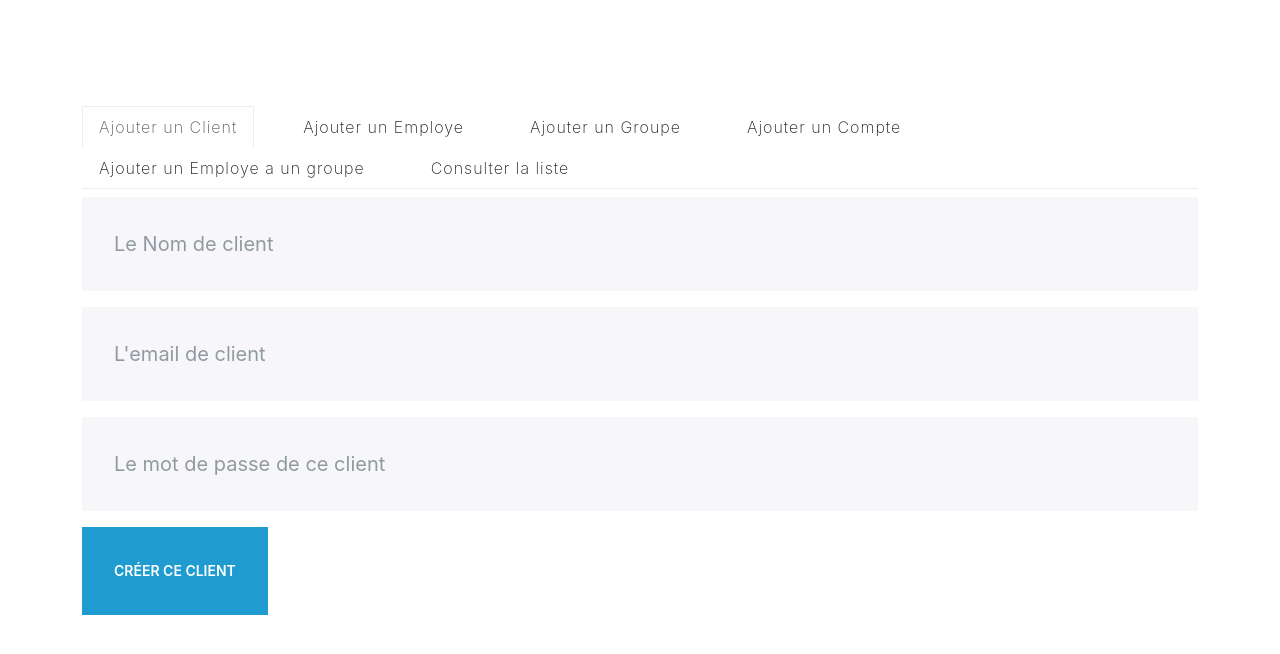
Repository: gal1aoui/BankManagement-AdminActions-JEE
Page: http://localhost/ProjectWeb/Create.jsp
The author's editor kept a copy of each file at every save. The page is drawn from the files as they stood at one save, then again after the next save.
The browser window is 1280 px wide. The pictures show the whole page.
Some web fonts or font styles are not loaded; a fallback is used. The page is served by Tomcat 9. Nobody is signed in. The application's start-up code is not run. Other server files are loaded and not shown. The template is opened directly, without the code that normally fills it, so the values that code supplies are empty.

Above is the page before, as saved 2021-12-28 14:53:00.

### ProjectWeb/WebContent/Create.jsp
<%@ page language="java" contentType="text/html; charset=ISO-8859-1"
    pageEncoding="ISO-8859-1"%>
    <%@taglib uri="http://java.sun.com/jsp/jstl/core"  prefix="t" %>
<!DOCTYPE html PUBLIC "-//W3C//DTD HTML 4.01 Transitional//EN" "http://www.w3.org/TR/html4/loose.dtd">
<html>
<head>
<meta http-equiv="Content-Type" content="text/html; charset=ISO-8859-1">
<title>Insert title here</title>
<link rel="stylesheet" href="https://bootswatch.com/5/lux/bootstrap.min.css">
</head>
<style>
body,html{
	height:100%;
}
</style>
<script>
function ses(){
op = document.getElementById('option').value;
if(op == "Courant"){
	document.getElementById('td').style.display = "block";
	document.getElementById('ti').style.display = "none";
}else{
	document.getElementById('td').style.display = "none";
	document.getElementById('ti').style.display = "block";
}
}
</script>
<body>
	<div class="container h-100">
    <div class="row justify-content-center align-items-center h-100">
        <div class="col">
            <ul class="nav nav-tabs">
  				<li class="nav-item">
    				<a class="nav-link active" data-bs-toggle="tab" href="#client">Ajouter un Client</a>
  				</li>
  				<li class="nav-item">
    				<a class="nav-link" data-bs-toggle="tab" href="#employe">Ajouter un Employe</a>
  				</li>
  				<li class="nav-item">
    				<a class="nav-link" data-bs-toggle="tab" href="#groupe">Ajouter un Groupe</a>
  				</li>
  				<li class="nav-item">
    				<a class="nav-link" data-bs-toggle="tab" href="#compte">Ajouter un Compte</a>
  				</li>
  				<li class="nav-item">
    				<a class="nav-link" data-bs-toggle="tab" href="#empGrp">Ajouter un Employe a un groupe</a>
  				</li>
  				<li class="nav-item">
    				<a class="nav-link">Consulter la liste</a>
  				</li>
			</ul>
	<div id="myTabContent" class="tab-content mt-2">
  	<div class="tab-pane fade show active" id="client">
   			<form action="home" method="post">
                <div class="form-group mb-3">
                    <input class="form-control form-control-lg" placeholder="Le Nom de client" type="text">
                </div>
                <div class="form-group mb-3">
                    <input class="form-control form-control-lg" placeholder="L'email de client" type="email">
                </div>
                <div class="form-group mb-3">
                    <input class="form-control form-control-lg" placeholder="Le mot de passe de ce client" type="password">
                </div>
                <div class="form-group">
                    <button class="btn btn-info btn-lg btn-block">Créer ce client</button>
                </div>
            </form>
  	</div>
  	<div class="tab-pane fade" id="employe">
    <form action="home" method="post">
                <div class="form-group mb-3">
                    <input class="form-control form-control-lg" placeholder="L'email d'employe" type="email">
                </div>
                <div class="form-group mb-3">
                    <input class="form-control form-control-lg" placeholder="Le mot de passe de cet employé" type="password">
                </div>
                <div class="form-group mb-3">
                    <input class="form-control form-control-lg" placeholder="Le solde de cet employé" type="number">
                </div>
                <div class="form-group">
                    <button class="btn btn-info btn-lg btn-block">Créer cet employé</button>
                </div>
            </form>
  	</div>
  	<div class="tab-pane fade" id="groupe">
    <form action="home" method="post">
                <div class="form-group mb-3">
                    <input class="form-control form-control-lg" placeholder="Le Nom de Groupe" type="text">
                </div>
                <div class="form-group">
                    <button class="btn btn-info btn-block">Créer ce groupe</button>
                </div>
    </form>
    </div>
    <div class="tab-pane fade" id="compte">
    <form action="home" method="post">
                <div class="form-group">
      				<label for="exampleSelect1" class="form-label mt-4">Choisir le type de Compte</label>
      				 <select onchange="ses()" class="form-select border border-secondary" id="option">
        				<option value="Courant"> Courant </option>
        				<option value="Epargne"> Epargne </option>
        			 </select>
     			</div>
                <div class="form-group">
      				<label for="exampleSelect1" class="form-label mt-4">Choisissez le Client</label>
      				 <select class="form-select border border-secondary">
        				<t:forEach items="${Clients}" var="c">
        				<option> ${c.id} -- ${c.name} </option>
        				</t:forEach>
      				 </select>
     			</div>
     			<div class="form-group mb-3">
      				<label for="exampleSelect1" class="form-label mt-4">Choisissez l'employé</label>
      				 <select class="form-select border border-secondary">
        				<t:forEach items="${Employes}" var="c">
        				<option> ${c.id} -- ${c.email} -- ${c.solde} $ </option>
        				</t:forEach>
      				 </select>
     			</div>
     			<div class="form-group mb-3">
                    <input class="form-control form-control-lg" placeholder="Le Solde de ce compte" type="number">
                </div>
                <div class="form-group mb-3" id="td" >
                    <input class="form-control form-control-lg" placeholder="Le Découvert" type="number" >
                </div>
                <div class="form-group mb-3" id="ti" style="display:none;">
                    <input class="form-control form-control-lg" placeholder="Le Taux d'interet" type="number" >
                </div>
                <div class="form-group">
                    <button class="btn btn-info btn-block">Créer ce compte</button>
                </div>
    </form>
    </div>
    <div class="tab-pane fade" id="empGrp">
    <form action="home" method="post">
    	<div class="form-group mb-3">
      				<label for="exampleSelect1" class="form-label mt-4">Choisissez l'employé</label>
      				 <select class="form-select border border-secondary">
        				<t:forEach items="${Employes}" var="c">
        				<option> ${c.id} -- ${c.email} -- ${c.solde} $ </option>
        				</t:forEach>
      				 </select>
     			</div>
    	<div class="form-group mb-3">
      				<label for="exampleSelect1" class="form-label mt-4">Choisissez auquel Groupe</label>
      				 <select class="form-select border border-secondary">
        				<t:forEach items="${Groupes}" var="c">
        				<option> ${c.id} -- ${c.name}</option>
        				</t:forEach>
      				 </select>
     			</div>
     	<div class="form-group">
                    <button class="btn btn-info btn-block">Effectuer cette action</button>
                </div>
    </form>
    </div>
</div>
</div>
</div>
</div>

<script src="https://cdn.jsdelivr.net/npm/bootstrap@5.0.2/dist/js/bootstrap.bundle.min.js" integrity="sha384-MrcW6ZMFYlzcLA8Nl+NtUVF0sA7MsXsP1UyJoMp4YLEuNSfAP+JcXn/tWtIaxVXM" crossorigin="anonymous"></script>
</body>
</html>

After the next save:
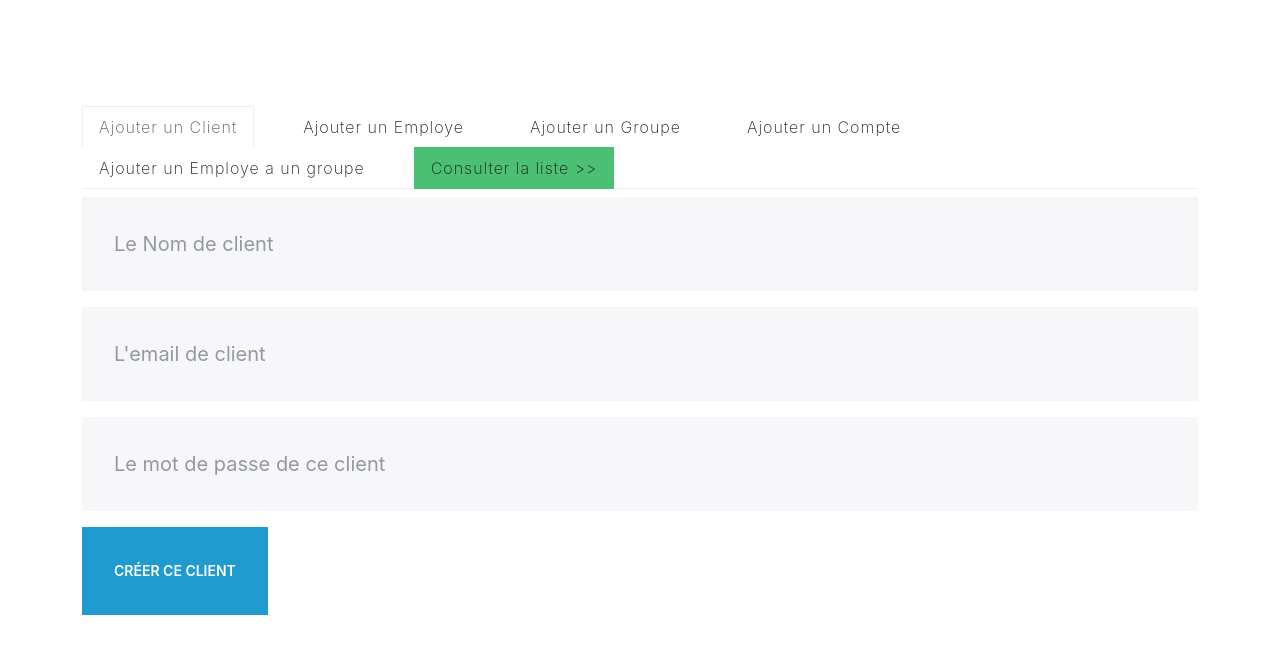
Saved 2 min 34 s later.
--- a/ProjectWeb/WebContent/Create.jsp
+++ b/ProjectWeb/WebContent/Create.jsp
@@ -46,7 +46,7 @@ if(op == "Courant"){
     				<a class="nav-link" data-bs-toggle="tab" href="#empGrp">Ajouter un Employe a un groupe</a>
   				</li>
   				<li class="nav-item">
-    				<a class="nav-link">Consulter la liste</a>
+    				<a class="nav-link bg-success">Consulter la liste >></a>
   				</li>
 			</ul>
 	<div id="myTabContent" class="tab-content mt-2">
